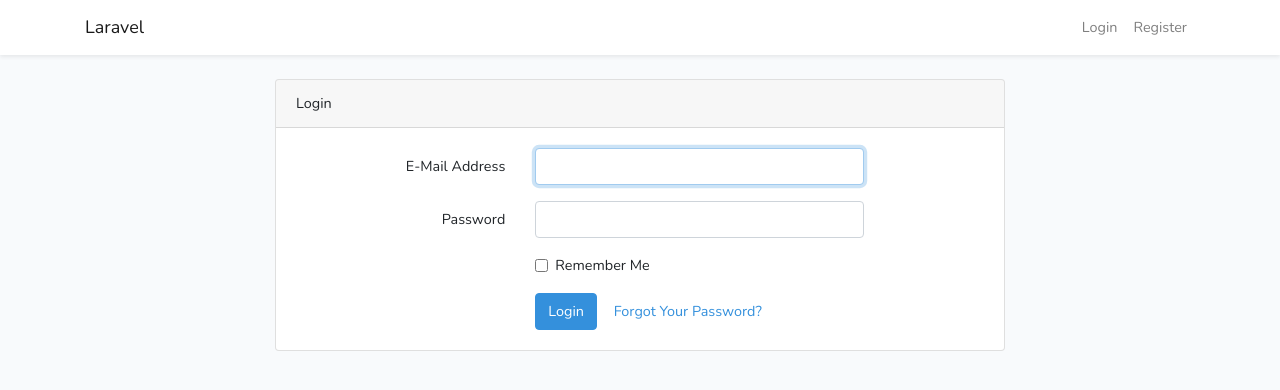
Repository: tamanna-ahuja/laravel-timezone
Page: http://localhost/login
These files come from the project's save history. The page is drawn as it stood at one moment and after the next save; the edit follows.
The browser window is 1280 px wide. The pictures show the whole page.
The page is served by the project's Laravel application, run on PHP 8.4 with Laravel 8. Other server files are loaded and not shown.

Above is the page before, as saved 2021-05-17 15:46:54.

### resources/views/layouts/app.blade.php
<!DOCTYPE html>
<html lang="{{ str_replace('_', '-', app()->getLocale()) }}">
<head>
    <meta charset="utf-8">
    <meta name="viewport" content="width=device-width, initial-scale=1">

    <!-- CSRF Token -->
    <meta name="csrf-token" content="{{ csrf_token() }}">

    <title>{{ config('app.name', 'Laravel') }}</title>

    <!-- Scripts -->
    <script src="{{ asset('js/app.js') }}" defer></script>
    <link href="vendor/fontawesome-free/css/all.min.css" rel="stylesheet" type="text/css">
    <link
        href="https://fonts.googleapis.com/css?family=Nunito:200,200i,300,300i,400,400i,600,600i,700,700i,800,800i,900,900i"
        rel="stylesheet">

    <!-- Custom styles for this template-->
    <link href="css/sb-admin-2.min.css" rel="stylesheet">
    <!-- Fonts -->
    <link rel="dns-prefetch" href="//fonts.gstatic.com">
    <link href="https://fonts.googleapis.com/css?family=Nunito" rel="stylesheet">

    <!-- Styles -->
    <link href="{{ asset('css/app.css') }}" rel="stylesheet">
</head>
<body>
    <div id="app">
        <nav class="navbar navbar-expand-md navbar-light bg-white shadow-sm">
            <div class="container">
                <a class="navbar-brand" href="{{ url('/') }}">
                    {{ config('app.name', 'Laravel') }}
                </a>
                <button class="navbar-toggler" type="button" data-toggle="collapse" data-target="#navbarSupportedContent" aria-controls="navbarSupportedContent" aria-expanded="false" aria-label="{{ __('Toggle navigation') }}">
                    <span class="navbar-toggler-icon"></span>
                </button>

                <div class="collapse navbar-collapse" id="navbarSupportedContent">
                    <!-- Left Side Of Navbar -->
                    <ul class="navbar-nav mr-auto">

                    </ul>

                    <!-- Right Side Of Navbar -->
                    <ul class="navbar-nav ml-auto">
                        <!-- Authentication Links -->
                        @guest
                            <li class="nav-item">
                                <a class="nav-link" href="{{ route('login') }}">{{ __('Login') }}</a>
                            </li>
                            @if (Route::has('register'))
                                <li class="nav-item">
                                    <a class="nav-link" href="{{ route('register') }}">{{ __('Register') }}</a>
                                </li>
                            @endif
                        @else
                            <li class="nav-item dropdown">
                                <a id="navbarDropdown" class="nav-link dropdown-toggle" href="#" role="button" data-toggle="dropdown" aria-haspopup="true" aria-expanded="false" v-pre>
                                    {{ Auth::user()->name }} <span class="caret"></span>
                                </a>

                                <div class="dropdown-menu dropdown-menu-right" aria-labelledby="navbarDropdown">
                                    <a class="dropdown-item" href="{{ route('logout') }}"
                                       onclick="event.preventDefault();
                                                     document.getElementById('logout-form').submit();">
                                        {{ __('Logout') }}
                                    </a>

                                    <form id="logout-form" action="{{ route('logout') }}" method="POST" style="display: none;">
                                        @csrf
                                    </form>
                                </div>
                            </li>
                        @endguest
                    </ul>
                </div>
            </div>
        </nav>

        <main class="py-4">
            @yield('content')
        </main>
    </div>
</body>
</html>

Loaded but not shown: routes/web.php (common file); app/Http/Controllers/Auth/LoginController.php (common file); app/Http/Controllers/Controller.php (common file); resources/views/auth/login.blade.php (common file); public/js/app.js (library); public/css/sb-admin-2.min.css (library); public/css/app.css (library); public/js/sb-admin-2.min.js (common file)

After the next save:
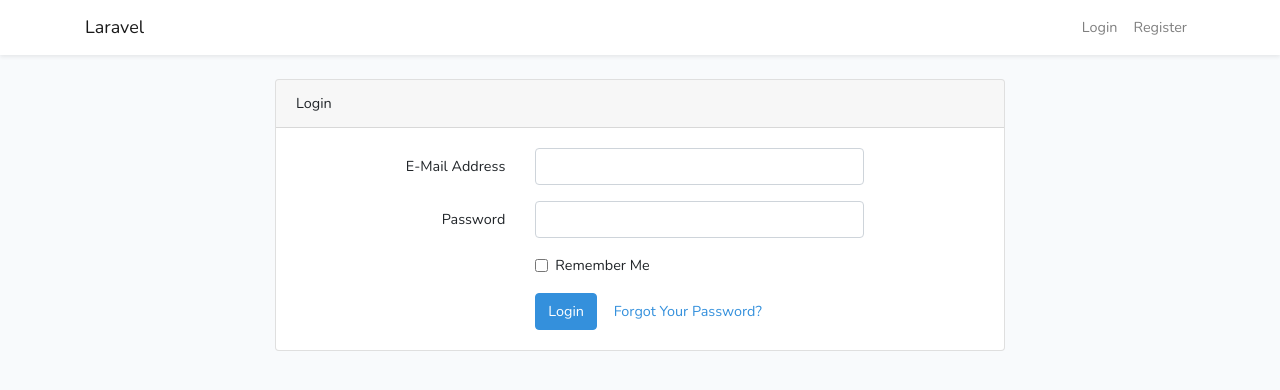
Saved 51 s later.
--- a/resources/views/layouts/app.blade.php
+++ b/resources/views/layouts/app.blade.php
@@ -82,5 +82,13 @@
             @yield('content')
         </main>
     </div>
+    <script src="vendor/jquery/jquery.min.js"></script>
+    <script src="vendor/bootstrap/js/bootstrap.bundle.min.js"></script>
+
+    <!-- Core plugin JavaScript-->
+    <script src="vendor/jquery-easing/jquery.easing.min.js"></script>
+
+    <!-- Custom scripts for all pages-->
+    <script src="js/sb-admin-2.min.js"></script>
 </body>
 </html>
